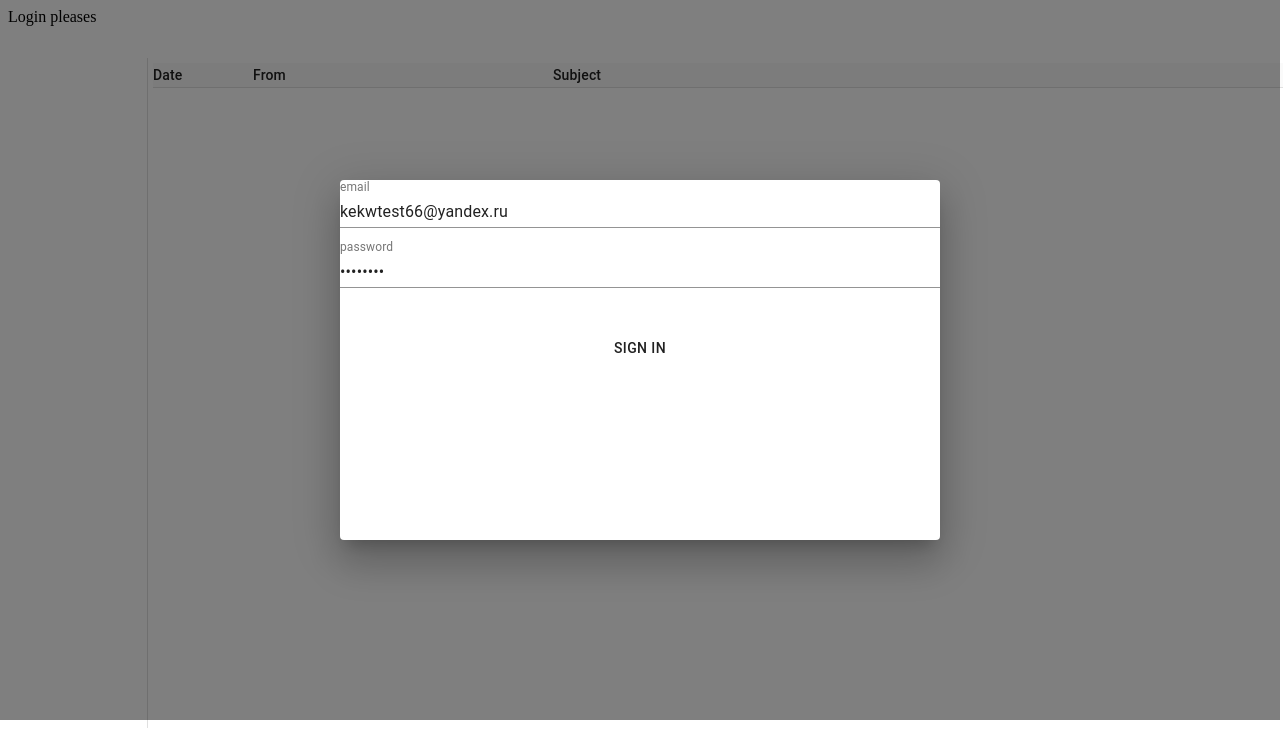
Repository: atakhanovrodion/mailclient
Page: / (app in client/)
These files come from the project's save history. The page is drawn as it stood at one moment and after the next save; the edit follows.
The browser window is 1280 px wide. The page is 1288 px wide, so the pictures cover 1288 px, including what lies to the right of the window. The pictures show the whole page.
The project was rebuilt for these pictures with package versions that can differ from the ones it lists, and the page was loaded fresh each time. Also part of the build but not shown: client/webpack.config.js, client/src/components/MessageView.tsx.

Above is the page before, as saved 2021-03-23 04:15:32.

### client/src/index.html
<!DOCTYPE html>
<html lang="en">
  <head>
    <title>MAILCLIENT</title>
  </head>
  <body>
    <div id="root"></div>
  </body>
</html>

### client/src/main.tsx
import * as React from "react";
import * as ReactDOM from "react-dom";

//import "normalize.css";
import "./css/main.css";

import BaseLayout from "./components/BaseLayout";

const baseComponent = ReactDOM.render(
  <BaseLayout />,
  document.getElementById("root")
);

### client/src/css/main.css
.appContainer {
  display: grid;
  grid-template-columns: 140px 1fr;
  grid-template-rows: 50px 1fr;
  width: 100vw;
  height: 100vh;
}
.header {
  grid-column: 1 / 3;
}

.listOfMailboxes {
  grid-column: 1 / 2;
  grid-row: 2 / 2;
  border-right: 1px solid #e0e0e0;
  padding-top: 1px;
  padding-left: 1px;
  overflow: auto;
}

.loginForm {
  display: grid;
  grid-template-columns: 200px 1f;
  grid-template-rows: 60px 90px 1fr;
}
.centerArea {
  padding: 5px;
  overflow: auto;
}

### client/src/components/BaseLayout.tsx
import * as React from "react";
import Login from "./Login";
import * as api from "../api";
import Header from "./Header";
import ListOfMailboxes from "./ListOfMailboxes";
import ListOfMessages from "./ListOfMessages";
import WaitView from "./WaitView";
import MessageView from "./MessageView";
type MyState = {
  isAuth: false;
  loginEmail: string;
  loginPassword: string;
  currenEmail: string;
  currentPassword: string;
  listOfMailboxes: api.IMailbox[];
  listOfMessages: api.IMessage[];
  currentHost: string;
  currentMailboxList: [];
  currentMessageBody: string;
  currentMailbox: string;
  errorText: string;
  waitState: boolean;
  viewState: string;
  date: Date;
  from: string;
  subject: string;
};

class BaseLayout extends React.Component {
  constructor(props: any) {
    super(props);
    this.handleInput = this.handleInput.bind(this);
    this.tryAuth = this.tryAuth.bind(this);
    this.signOut = this.signOut.bind(this);
    this.getMailbox = this.getMailbox.bind(this);
    this.getMessage = this.getMessage.bind(this);
  }
  state: MyState = {
    isAuth: false,
    loginEmail: "kekwtest66@yandex.ru",
    loginPassword: "imap1488",
    currenEmail: "undefined",
    currentHost: "",
    currentMailboxList: [],
    currentMessageBody: "",
    currentMailbox: "INBOX",
    currentPassword: "",
    listOfMailboxes: [],
    listOfMessages: [],
    errorText: "",
    waitState: false,
    viewState: "list",
    date: new Date(),
    from: "",
    subject: "",
  };
  render() {
    return (
      <div>
        <Login
          onSubmit={this.tryAuth}
          onChange={this.handleInput}
          isOpen={this.state.isAuth}
          user={this.state.loginEmail}
          pass={this.state.loginPassword}
          errorText={this.state.errorText}
        />
        <WaitView state={this.state.waitState} />

        <div className="appContainer">
          <div className="header">
            <Header
              onClick={this.signOut}
              currentEmail={this.state.currenEmail}
              isAuth={this.state.isAuth}
            />
          </div>
          <div className="listOfMailboxes">
            <ListOfMailboxes
              mailboxes={this.state.listOfMailboxes}
              onClick={this.getMailbox}
              mailbox={this.state.currentMailbox}
            />
          </div>
          <div className="centerArea">
            {this.state.viewState == "list" ? (
              <ListOfMessages
                messages={this.state.listOfMessages}
                onClick={this.getMessage}
              />
            ) : (
              <MessageView
                viewState={this.state.viewState}
                messageText={this.state.currentMessageBody}
                date={this.state.date}
                from={this.state.from}
                subject={this.state.subject}
              />
            )}
          </div>
        </div>
      </div>
    );
  }

  handleInput(e: any): void {
    const target: string = e.target.id;
    this.setState({ [target]: e.target.value });
  }

  async tryAuth(): Promise<void> {
    let domain: string = findDomain(this.state.loginEmail);
    const info: api.IAuthInfo = {
      user: this.state.loginEmail,
      password: this.state.loginPassword,
      host: "imap." + domain,
      port: 993,
    };
    this.setState({
      waitState: true,
    });
    const apiWorker = new api.Worker();
    if ((await apiWorker.tryAuth(info)) == "succes") {
      const data = {
        loginEmail: "",
        loginPassword: "",
        isAuth: true,
        currenEmail: this.state.loginEmail,
        currentPassword: this.state.loginPassword,
        currentHost: domain,
      };
      this.setState(data);
      console.log(this.state);
      this.getListOfMailboxes();
      //TODO
      this.getMailbox("INBOx");
    } else {
      this.setState({
        errorText: "err",
      });
    }
    this.setState({ loginEmail: "", loginPassword: "", waitState: false });
  }

  async getListOfMailboxes(): Promise<void> {
    this.setState({
      waitState: true,
    });
    const apiWorker = new api.Worker();
    const mailboxes = await apiWorker.listOfMailboxes();
    this.setState({ listOfMailboxes: mailboxes, waitState: false });
  }

  async getMailbox(path: string): Promise<void> {
    this.setState({
      waitState: true,
    });
    const apiWorker: api.Worker = new api.Worker();
    const messages: api.IMessage[] = await apiWorker.getMailbox(path);
    this.setState({
      listOfMessages: messages,
      currentMailbox: path,
      waitState: false,
      currentMessageBody: "",
      viewState: "list",
    });
    console.log(this.state);
  }

  async getMessage(message: api.IMessage): Promise<void> {
    this.setState({
      waitState: true,
    });
    const apiWorker: api.Worker = new api.Worker();
    const messageBody: string = await apiWorker.getMessage(
      this.state.currentMailbox,
      message.id.toString()
    );
    this.setState({
      currentMessageBody: messageBody,
      waitState: false,
      viewState: "view",
      date: message.date,
      from: message.from,
      subject: message.subject,
    });
  }

  signOut(): void {
    this.setState({
      isAuth: false,
      listOfMailboxes: [],
      listOfMessages: [],
      errorText: "",
    });
  }
}
export default BaseLayout;

//TODO
//email validation
function findDomain(address: string): string {
  let i = 0;
  let domain = "";
  while (i < address.length) {
    if (address[i] == "@") {
      if (address[i + 1]) {
        let j = i + 1;
        while (j < address.length) {
          domain += address[j];
          j++;
        }
      }
    }
    i++;
  }
  return domain;
}

### client/src/components/Login.tsx
import React from "react";
import { withStyles } from "@material-ui/styles";
import Dialog from "@material-ui/core/Dialog";
import TextField from "@material-ui/core/TextField";
import Button from "@material-ui/core/Button";

type Props = {
  onSubmit: any;
  onChange: any;
  isOpen: boolean;
  user: string;
  pass: string;
  classes: any;
  errorText: string;
};

const styles = {
  dialogPaper: {
    minHeight: "50vh",
    maxHeight: "80vh",
  },
};

const Login: React.FC<Props> = ({
  onSubmit,
  onChange,
  isOpen,
  user,
  pass,
  classes,
  errorText,
}) => {
  return (
    <Dialog
      open={!isOpen}
      disableBackdropClick={true}
      disableEscapeKeyDown={true}
      fullWidth={true}
      classes={{ paper: classes.dialogPaper }}
    >
      <form className="loginForm">
        <TextField
          id="loginEmail"
          onChange={onChange}
          label="email"
          value={user}
          error={errorText !== ""}
        />
        <TextField
          id="loginPassword"
          onChange={onChange}
          label="password"
          type="password"
          value={pass}
          error={errorText !== ""}
          helperText={errorText !== "" ? "incorrect email or address" : ""}
        />
        <Button onClick={onSubmit}>Sign in</Button>
      </form>
    </Dialog>
  );
};

export default withStyles(styles)(Login);

### client/src/api.ts
import axios, { AxiosResponse } from "axios";

export interface IAuthInfo {
  host: string;
  port: number;
  user: string;
  password: string;
}
export interface IMailbox {
  name: string;
  path: string;
}
export interface IMessage {
  id: number;
  from: string;
  subject: string;
  date: string;
  body?: string;
}

export class Worker {
  public async tryAuth(info: IAuthInfo): Promise<string> {
    const response: AxiosResponse = await axios.post(
      "http://localhost:3001/auth",
      info
    );
    return response.data;
  }
  public async listOfMailboxes(): Promise<IMailbox[]> {
    const response: AxiosResponse = await axios.get(
      "http://localhost:3001/mailboxes"
    );
    return response.data;
  }
  public async getMailbox(mailbox: string): Promise<IMessage[]> {
    const response: AxiosResponse = await axios.get(
      `http://localhost:3001/mailboxes/${mailbox}`
    );
    return response.data;
  }
  public async getMessage(mailbox: string, id: string): Promise<string> {
    const response: AxiosResponse = await axios.get(
      `http://localhost:3001/mailboxes/${mailbox}/${id}`
    );
    return response.data;
  }
}

### client/src/components/Header.tsx
import React from "react";
import Button from "@material-ui/core/Button";
type Props = {
  onClick: any;
  currentEmail: string;
  isAuth: boolean;
};

const Header: React.FC<Props> = ({ onClick, currentEmail, isAuth }) => {
  return (
    <div>
      {isAuth == true ? (
        <div>
          Your email:{currentEmail}
          <Button onClick={onClick}>Sign out</Button>
        </div>
      ) : (
        <div>Login pleases </div>
      )}
    </div>
  );
};
export default Header;

### client/src/components/ListOfMailboxes.tsx
import React from "react";
import { IMailbox } from "../api";
import Chip from "@material-ui/core/Chip";
import List from "@material-ui/core/List";
type Props = {
  mailboxes: IMailbox[];
  onClick: any;
  mailbox: string;
};

const listOfMailboxes: React.FC<Props> = ({ mailboxes, onClick, mailbox }) => {
  return (
    <List>
      {mailboxes.map((value) => {
        return (
          <Chip
            style={{
              marginBottom: 5,
              width: 125,
            }}
            onClick={() => {
              onClick(value.path);
            }}
            label={`${value.name}`}
            variant="outlined"
            color={mailbox === value.path ? "secondary" : "default"}
          />
        );
      })}
    </List>
  );
};
export default listOfMailboxes;

### client/src/components/ListOfMessages.tsx
import React from "react";
import { IMessage } from "../api";

import Table from "@material-ui/core/Table";
import TableBody from "@material-ui/core/TableBody";
import TableCell from "@material-ui/core/TableCell";
import TableHead from "@material-ui/core/TableHead";
import TableRow from "@material-ui/core/TableRow";

type Props = {
  messages: IMessage[];
  onClick: any;
};

const ListOfMessages: React.FC<Props> = ({ messages, onClick }) => (
  <Table stickyHeader padding="none">
    <TableHead>
      <TableRow>
        <TableCell style={{ width: 100 }}>Date</TableCell>
        <TableCell style={{ width: 300 }}>From</TableCell>
        <TableCell>Subject</TableCell>
      </TableRow>
    </TableHead>
    <TableBody>
      {messages.map((message) => (
        <TableRow
          onClick={() => {
            onClick(message);
          }}
          key={message.id}
        >
          <TableCell>{new Date(message.date).toLocaleDateString()}</TableCell>
          <TableCell>{message.from}</TableCell>
          <TableCell>{message.subject}</TableCell>
        </TableRow>
      ))}
    </TableBody>
  </Table>
);

export default ListOfMessages;

### client/src/components/WaitView.tsx
import React from "react";

import Dialog from "@material-ui/core/Dialog";
import DialogContent from "@material-ui/core/DialogContent";
import DialogContentText from "@material-ui/core/DialogContentText";

type Props = {
  state: boolean;
};

const WaitView: React.FC<Props> = ({ state }) => {
  return (
    <Dialog
      open={state}
      disableBackdropClick={true}
      disableEscapeKeyDown={true}
      transitionDuration={0}
    >
      <DialogContent>
        <DialogContentText>Please wait...</DialogContentText>
      </DialogContent>
    </Dialog>
  );
};

export default WaitView;

After the next save:
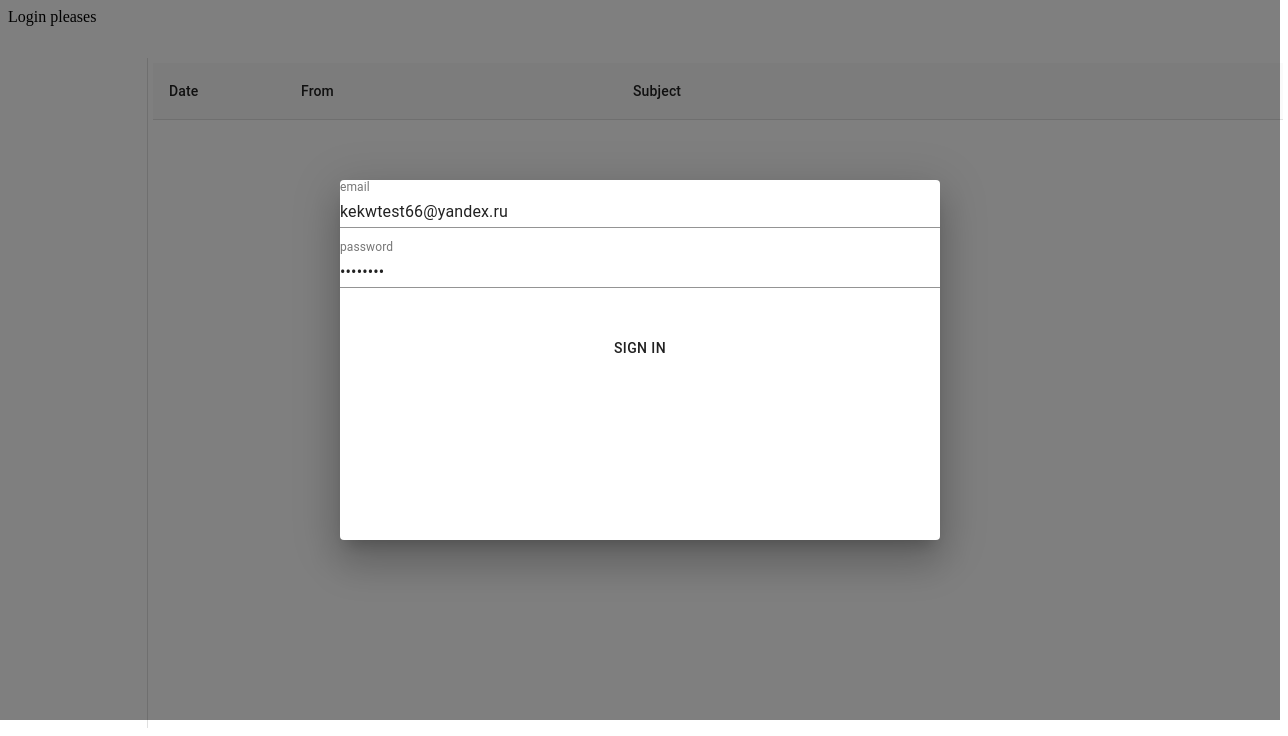
Saved 114 s later.
--- a/client/src/components/ListOfMessages.tsx
+++ b/client/src/components/ListOfMessages.tsx
@@ -13,7 +13,7 @@
 };
 
 const ListOfMessages: React.FC<Props> = ({ messages, onClick }) => (
-  <Table stickyHeader padding="none">
+  <Table stickyHeader padding="default">
     <TableHead>
       <TableRow>
         <TableCell style={{ width: 100 }}>Date</TableCell>

After the save that followed:
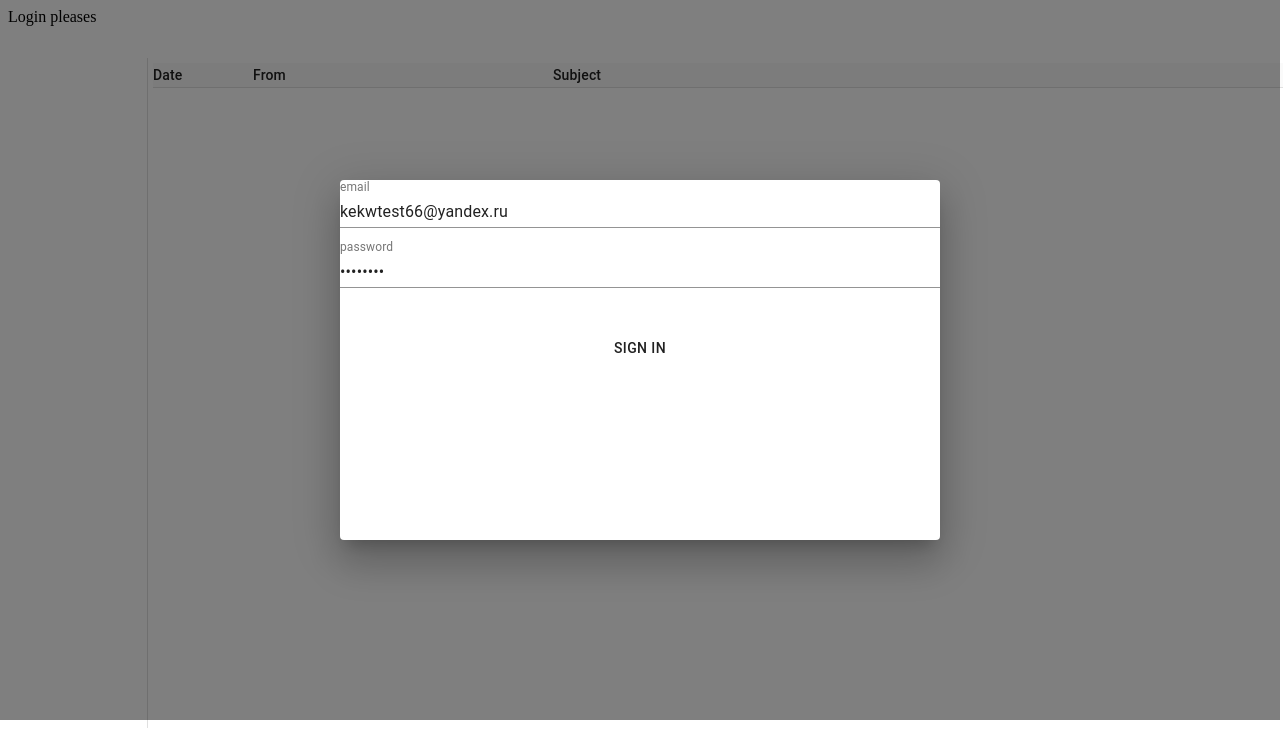
Saved 81 s later.
--- a/client/src/components/ListOfMessages.tsx
+++ b/client/src/components/ListOfMessages.tsx
@@ -13,7 +13,7 @@
 };
 
 const ListOfMessages: React.FC<Props> = ({ messages, onClick }) => (
-  <Table stickyHeader padding="default">
+  <Table stickyHeader padding="none">
     <TableHead>
       <TableRow>
         <TableCell style={{ width: 100 }}>Date</TableCell>
